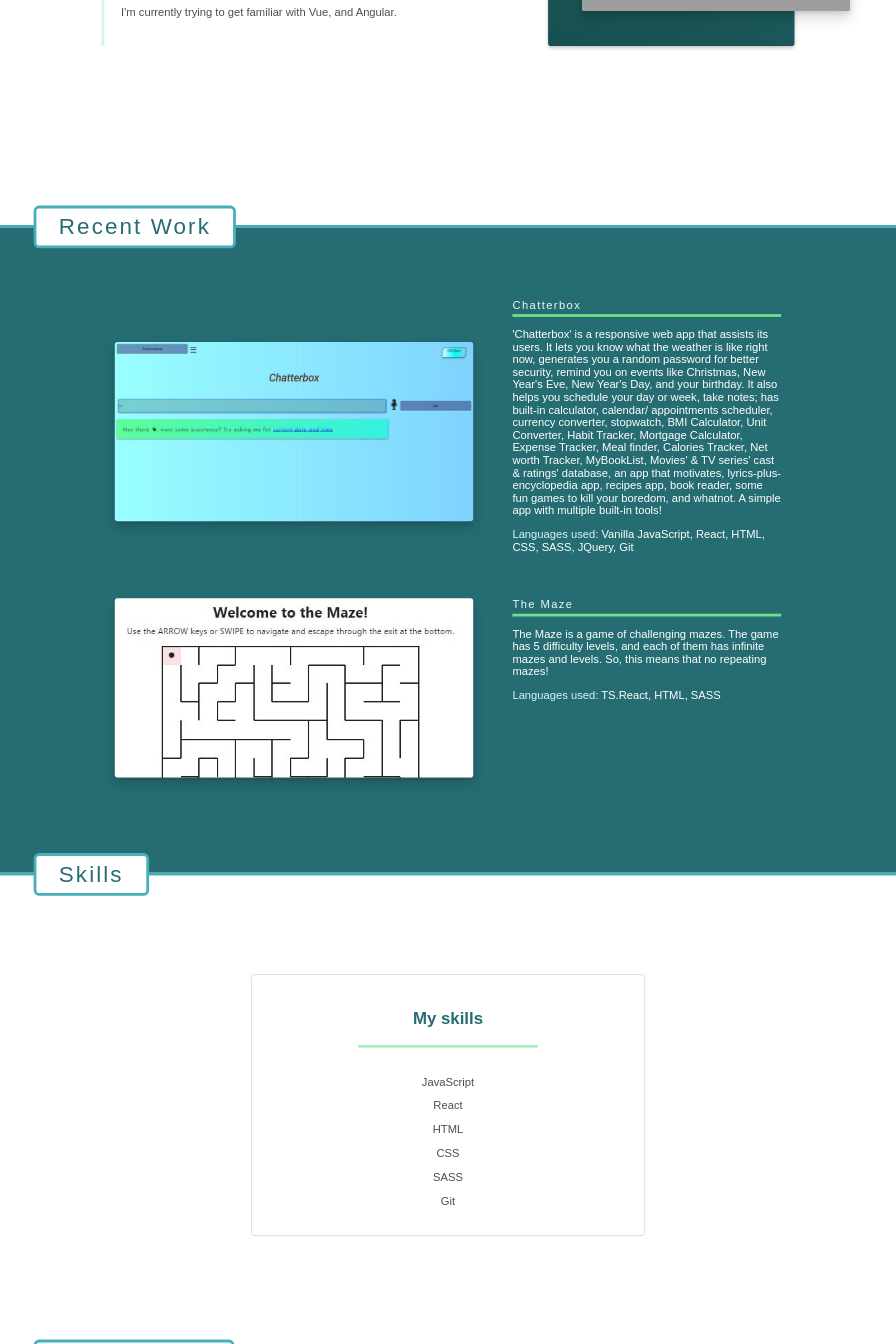
Repository: Abbaskhurram255/port
Page: /
The author's editor kept a copy of each file at every save. The page is drawn from the files as they stood at one save, then again after the next save.
The browser window is 1280 px wide. The pictures show the part of the page from y = 544 to 2464 px (the page is 2782 px tall), at 70% of full size.
Pictures or frames that could not be fetched are drawn as grey boxes. The page's requests for data from a server got no answer. Some web fonts or font styles are not loaded; a fallback is used. Some web libraries are served in a nearby version. The project was rebuilt for these pictures with package versions that can differ from the ones it lists, and the page was loaded fresh each time. No one was signed in, and anything a server would have sent is missing.

Above is the page before, as saved 2020-12-03 23:24:42.

After the next save:
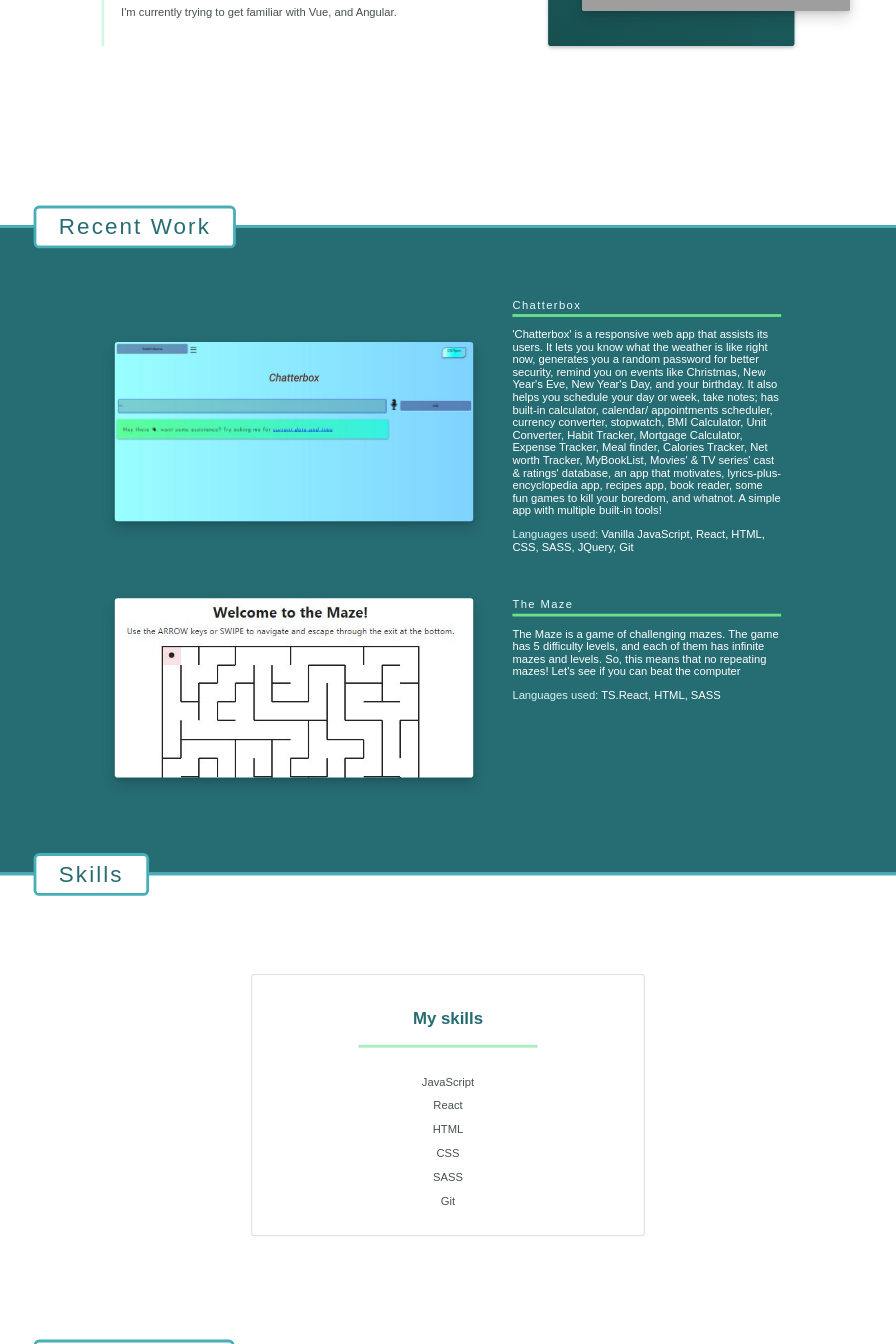
Saved 21 s later.
--- a/src/utils/data.ts
+++ b/src/utils/data.ts
@@ -20,7 +20,7 @@
   },
   {
     description:
-      "The Maze is a game of challenging mazes. The game has 5 difficulty levels, and each of them has infinite mazes and levels. So, this means that no repeating mazes!",
+      "The Maze is a game of challenging mazes. The game has 5 difficulty levels, and each of them has infinite mazes and levels. So, this means that no repeating mazes! Let's see if you can beat the computer",
     image: "maze",
     name: "The Maze",
     sourceCode: "https://github.com/Abbaskhurram255/maze/",
